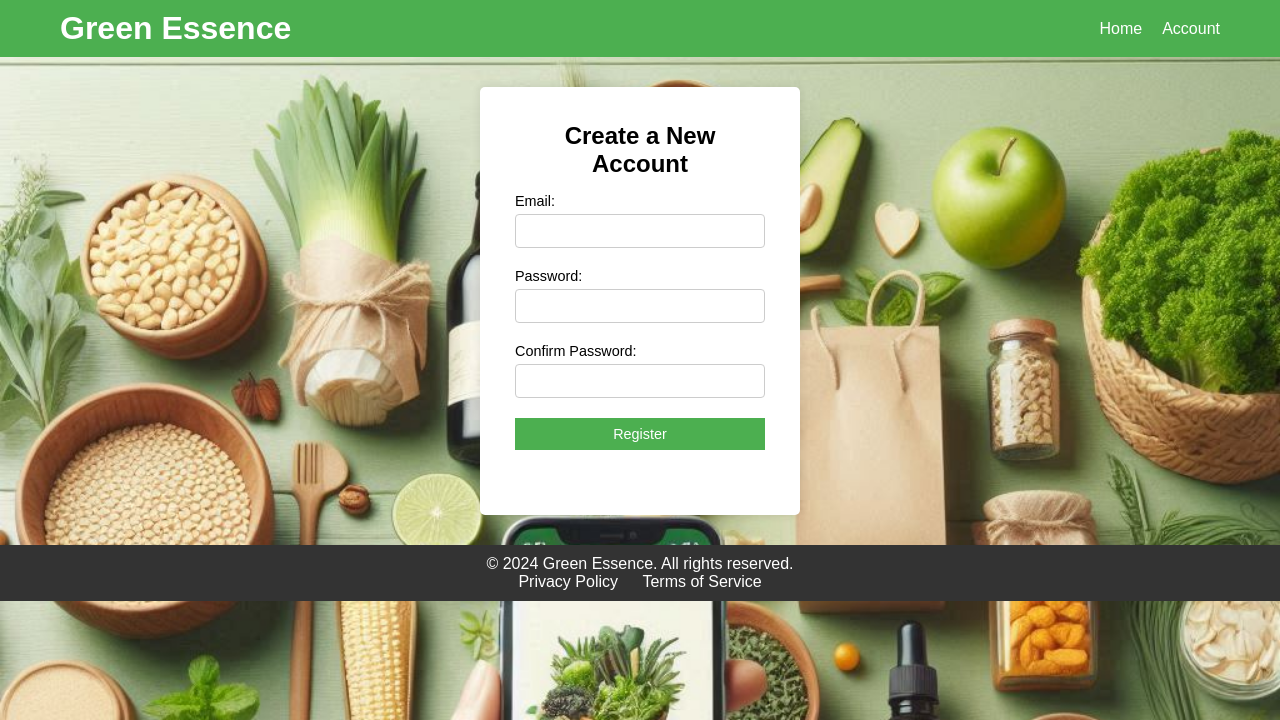
Repository: niki3210/Sahyadri
Page: Projectorganic/Register.html
These files come from the project's save history. The page is drawn as it stood at one moment and after the next save; the edit follows.
The browser window is 1280 px wide. The pictures show the whole page.

Above is the page before, as saved 2024-06-21 14:49:03.

After the next save:
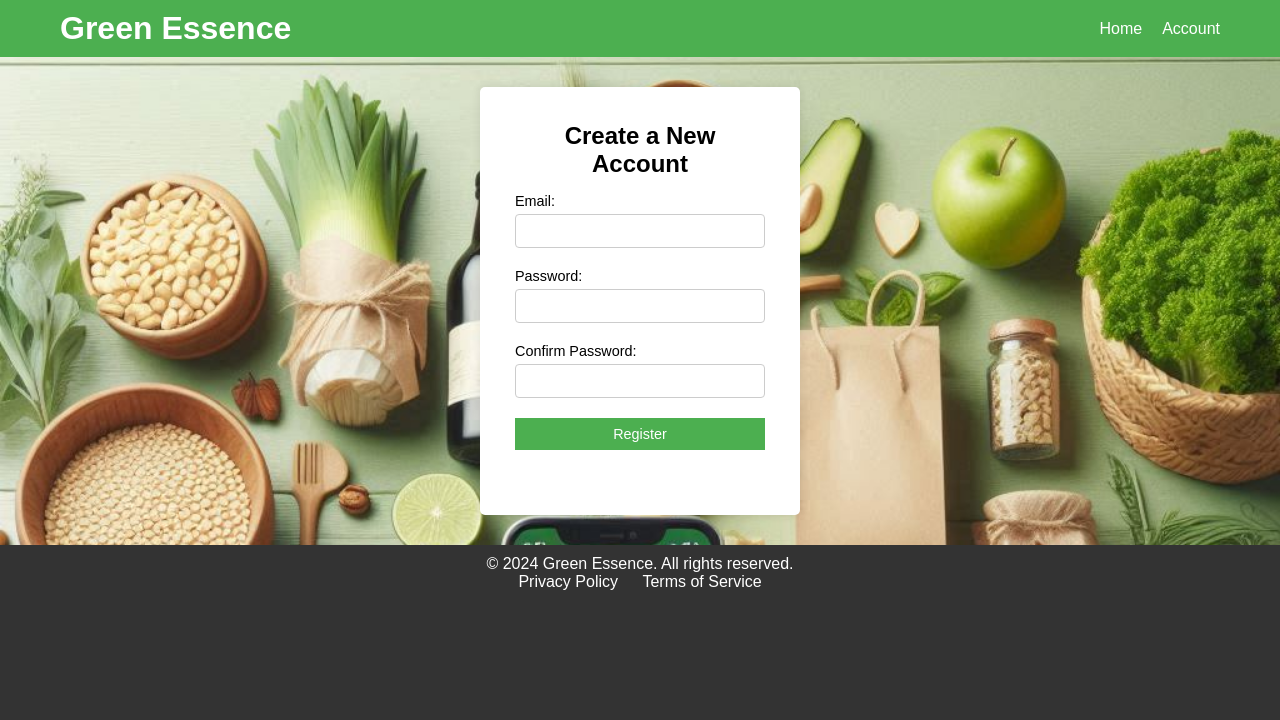
Saved 1 s later.
--- a/Projectorganic/styles.css
+++ b/Projectorganic/styles.css
@@ -192,7 +192,7 @@ footer {
     text-align: center;
     padding: 10px 0;
     width: 100%;
-    flex: ;
+    flex: 1;
 }
 
 footer a {
